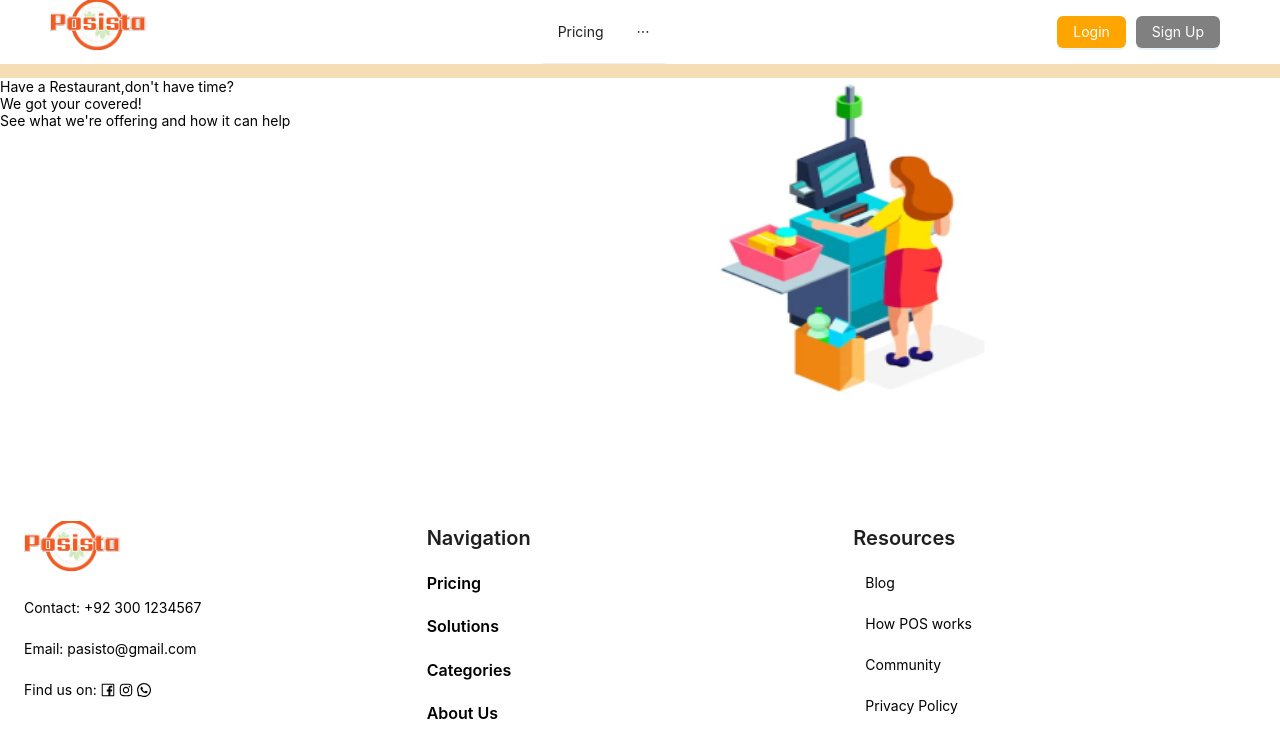
Repository: usmanarshad90/Posista
Page: / (app in test/)
The author's editor kept a copy of each file at every save. The page is drawn from the files as they stood at one save, then again after a run of saves.
The browser window is 1280 px wide. The pictures show the whole page.
The project was rebuilt for these pictures with package versions that can differ from the ones it lists, and the page was loaded fresh each time. Also part of the build but not shown: test/src/components/Pricing/Pricing.jsx, test/src/components/Solution/Solutions.jsx, test/src/components/About/AboutUs.jsx, test/src/components/login/login.jsx, test/src/components/signup/signup.jsx.

Above is the page before, as saved 2023-11-28 14:42:28.

After the next 4 saves:
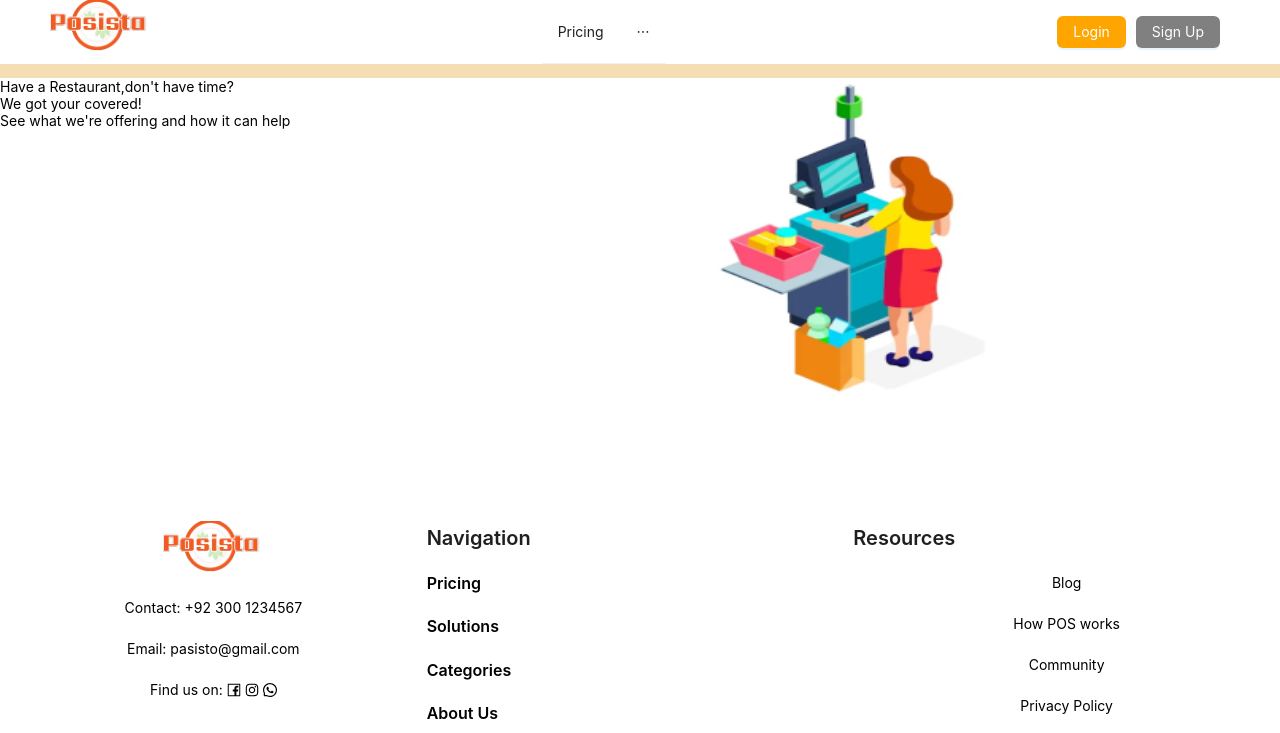
The 4 saves are shown as one change because they came seconds apart.
The last was saved 2 min 7 s later.
--- a/test/src/components/Footer/Footer.jsx
+++ b/test/src/components/Footer/Footer.jsx
@@ -13,7 +13,7 @@ const Footer = () => {
 
 
     padding: ' 12px ',
-
+    textAlign: 'center',
 
 
   };
